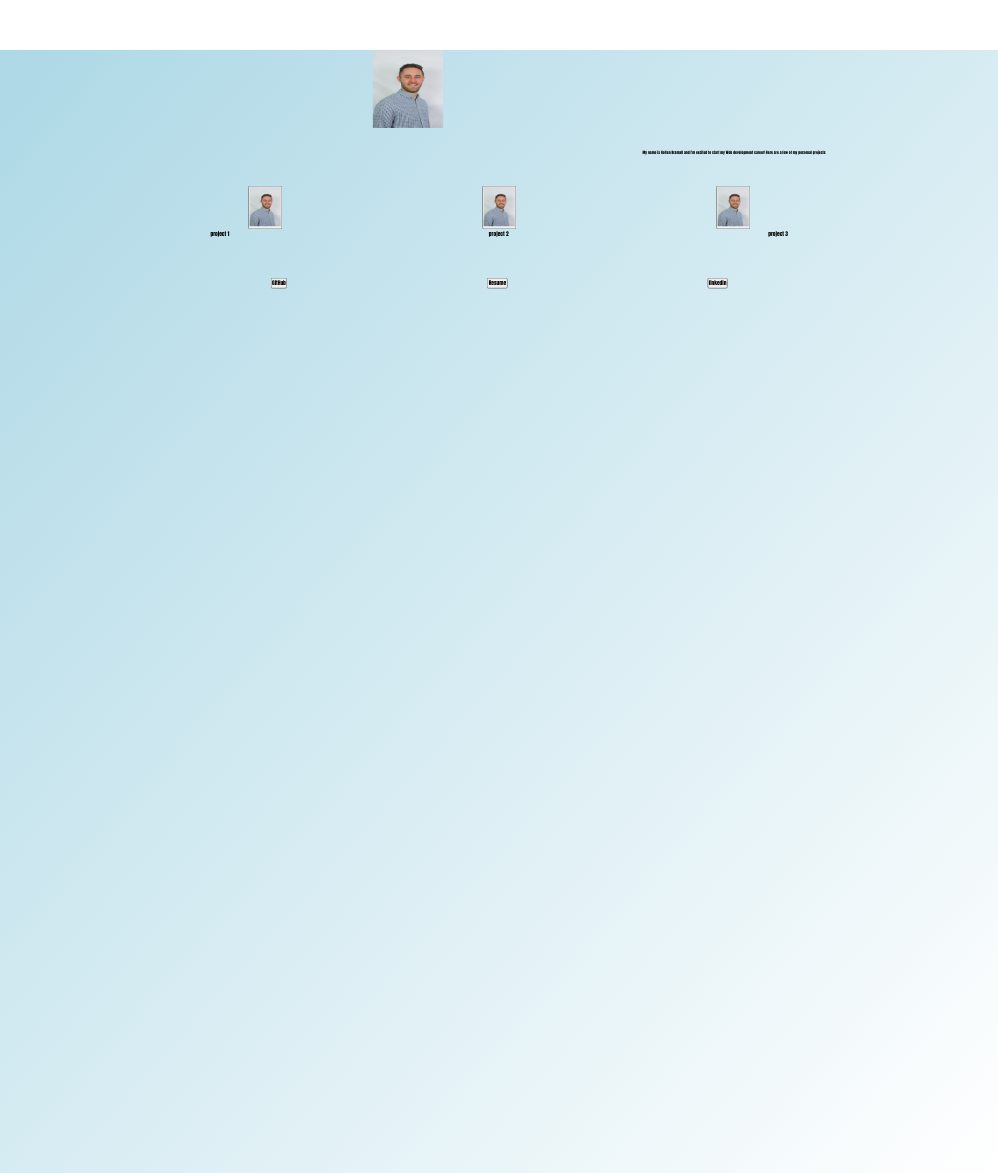
Repository: Kobramall/portfolio-project
Page: /portfolio
An editor plug-in stored every save of this project. The page is shown before and after the next save, followed by the edit.
The browser window is 1280 px wide. The pictures show the whole page, at 78% of full size.
The project was rebuilt for these pictures with package versions that can differ from the ones it lists, and the page was loaded fresh each time. Also part of the build but not shown: src/App.css, src/componets/Main.jsx. Imported but missing from the stored project, and not drawn on this page: src/assets/Landscape.mov.

Above is the page before, as saved 2022-11-01 15:53:27.

After the next save:
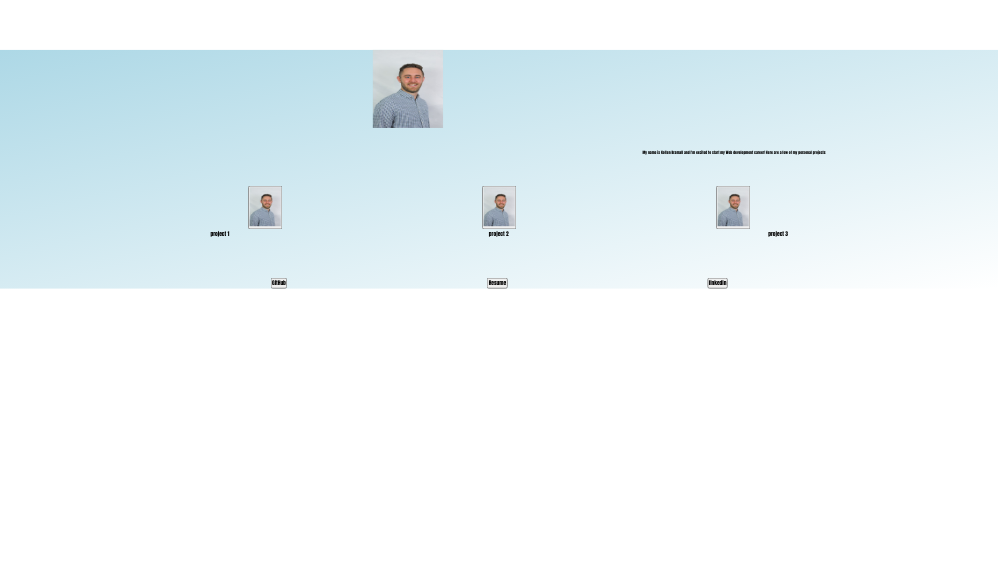
Saved 3 min 1 s later.
--- a/src/Portfolio.css
+++ b/src/Portfolio.css
@@ -3,9 +3,8 @@
 
 }
 
+
 .portfolio{
-    height: 200vh;
-    width: 100%;
     background-image: linear-gradient(to bottom right, lightblue, white);
 }
 
